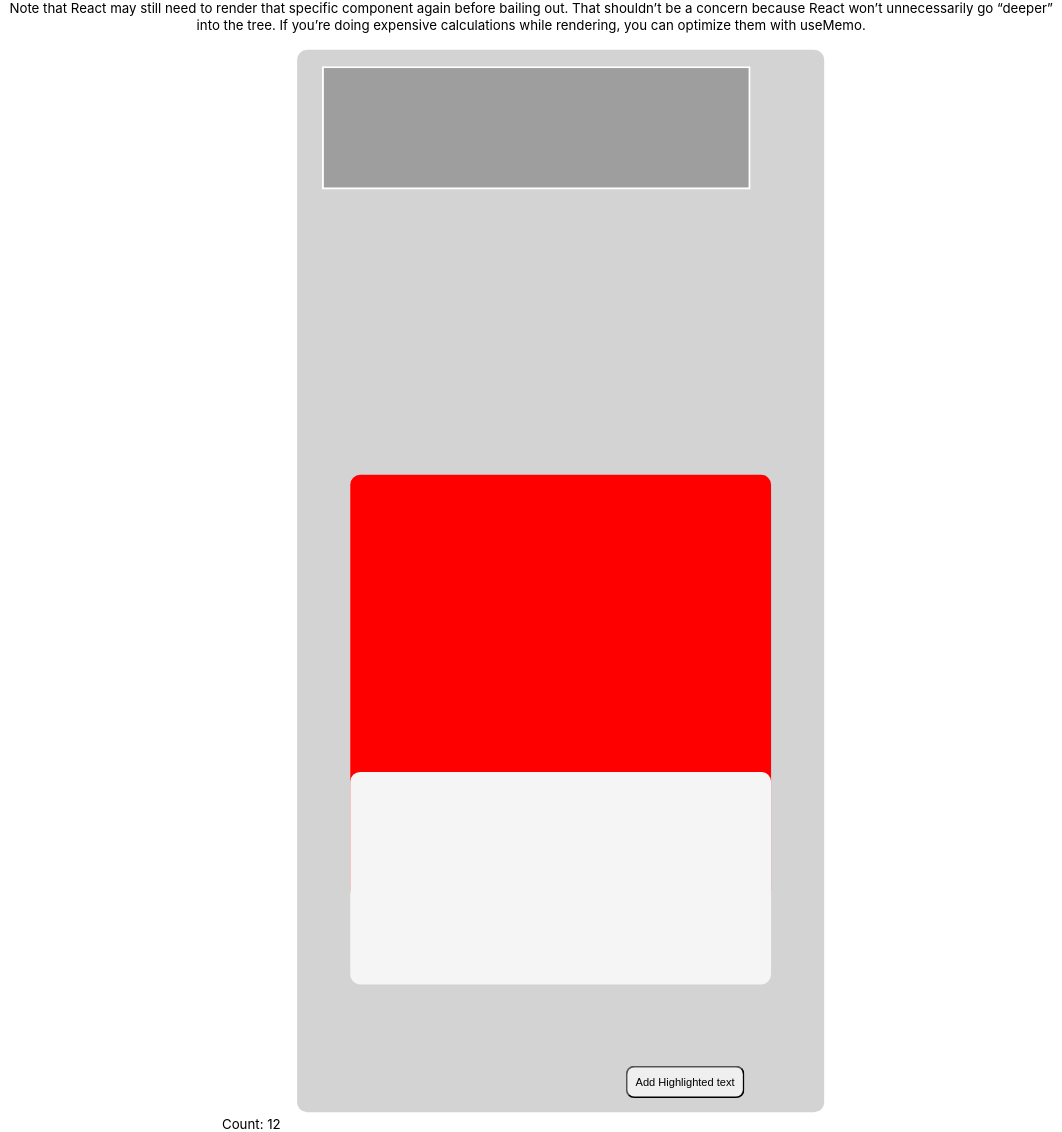
Repository: Farbod29/React-text-highlighter-with-hook-
Page: /
These files come from the project's save history. The page is drawn as it stood at one moment and after a run of saves; the edit follows.
The browser window is 1280 px wide. The pictures show the whole page, at 83% of full size.
Pictures or frames that could not be fetched are drawn as grey boxes. The project was rebuilt for these pictures with package versions that can differ from the ones it lists, and the page was loaded fresh each time.

Above is the page before, as saved 2022-02-18 23:08:12.

### src/App.js
import './App.css';
import Highlighter from './highlighter';
function App() {
  return (
    <div className="App">
      <Highlighter />
    </div>
  );
}

export default App;

### src/highlighter.js
import React, { useEffect, useState } from 'react';

export default function Highlighter() {
  let doit = () => {
    document.onmouseup = () => {
      console.log(window.getSelection().toString());
    };
  };
  const [count, setCount] = useState(12);
  return (
    <>
      <div>
        {' '}
        Note that React may still need to render that specific component again
        before bailing out. That shouldn’t be a concern because React won’t
        unnecessarily go “deeper” into the tree. If you’re doing expensive
        calculations while rendering, you can optimize them with useMemo.
      </div>
      Count: {count}
      {/* <button onClick={() => setCount((prevCount) => prevCount - 1)}>-</button> */}
      <div
        style={{
          padding: '0px 10px',
          height: '100vw',
          width: '48vw',
          margin: '20px',
          borderRadius: '12px',
          backgroundColor: '#D3D3D3',
          inline: true,
          fontColor: 'red',
          display: 'inline-block',
          textAlign: 'center',
          position: 'relative',
        }}
      >
        <img
          style={{
            height: '20vh',
            width: '40vw',
            position: 'absolute',
            border: '2px solid',
            borderColor: '#ffff',
            left: 30,
            top: 20,
          }}
          src="https://pfrias.couragecompanion.eu/storage/m/_v2/213604778138275840/4f8b684e5-e9314a/vlyvkRQwb3ew/u8hVvH5l5IFvha9MQyXCzPOYLo2SXG3bqIpv6vBg.png"
        ></img>
        <div
          style={{
            // textBox1
            padding: '0px 10px',
            backgroundColor: 'red',
            height: '40vw',
            width: '38vw',
            left: '5vw',
            top: '40vw',
            borderRadius: '12px',
            position: 'absolute',
          }}
        />
        <div
          style={{
            // textBox
            padding: '0px 10px',
            backgroundColor: '#F5F5F5',
            height: '20vw',
            width: '38vw',
            left: '5vw',
            top: '68vw',
            borderRadius: '12px',
            position: 'absolute',
          }}
        />
        <div
          style={{
            top: '500',
            position: 'absolute',
            bottom: '1vw',
            left: '25vw',
            right: '2vw',
            width: '23vw',
            height: '43px',
          }}
        >
          <button
            style={{ padding: '10px', borderRadius: '10px' }}
            onClick={() => setCount(12)}
          >
            {' '}
            Add Highlighted text{' '}
          </button>
        </div>
      </div>
      {doit()}
    </>
  );
}

Loaded but not shown: public/index.html (common file); src/index.js (common file); src/index.css (common file); src/reportWebVitals.js (common file); src/App.css (common file)

After the next 2 saves:
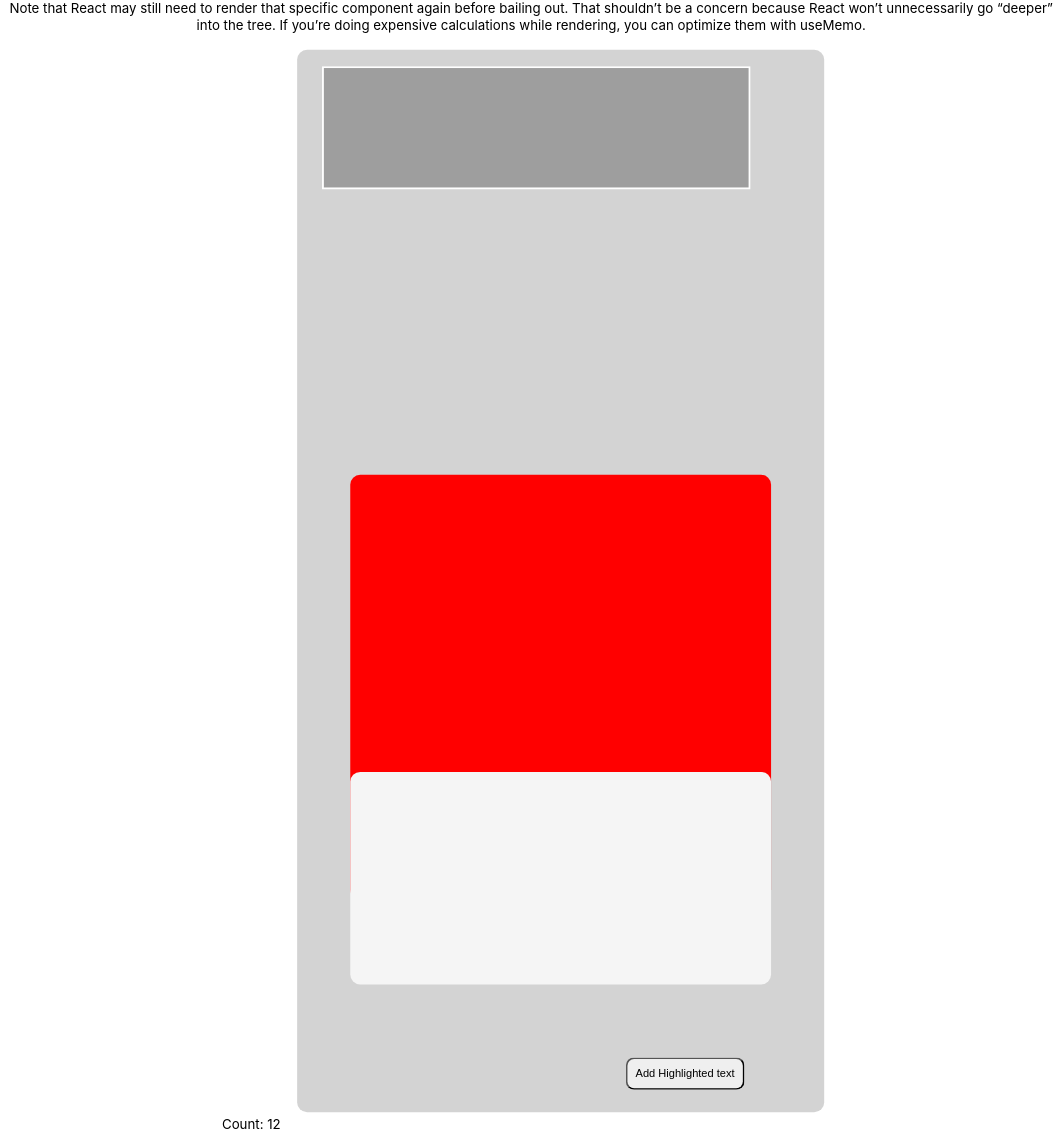
The 2 saves are shown as one change because they came seconds apart.
The last was saved 6 s later.
--- a/src/highlighter.js
+++ b/src/highlighter.js
@@ -79,7 +79,7 @@ export default function Highlighter() {
             left: '25vw',
             right: '2vw',
             width: '23vw',
-            height: '43px',
+            height: '53px',
           }}
         >
           <button
